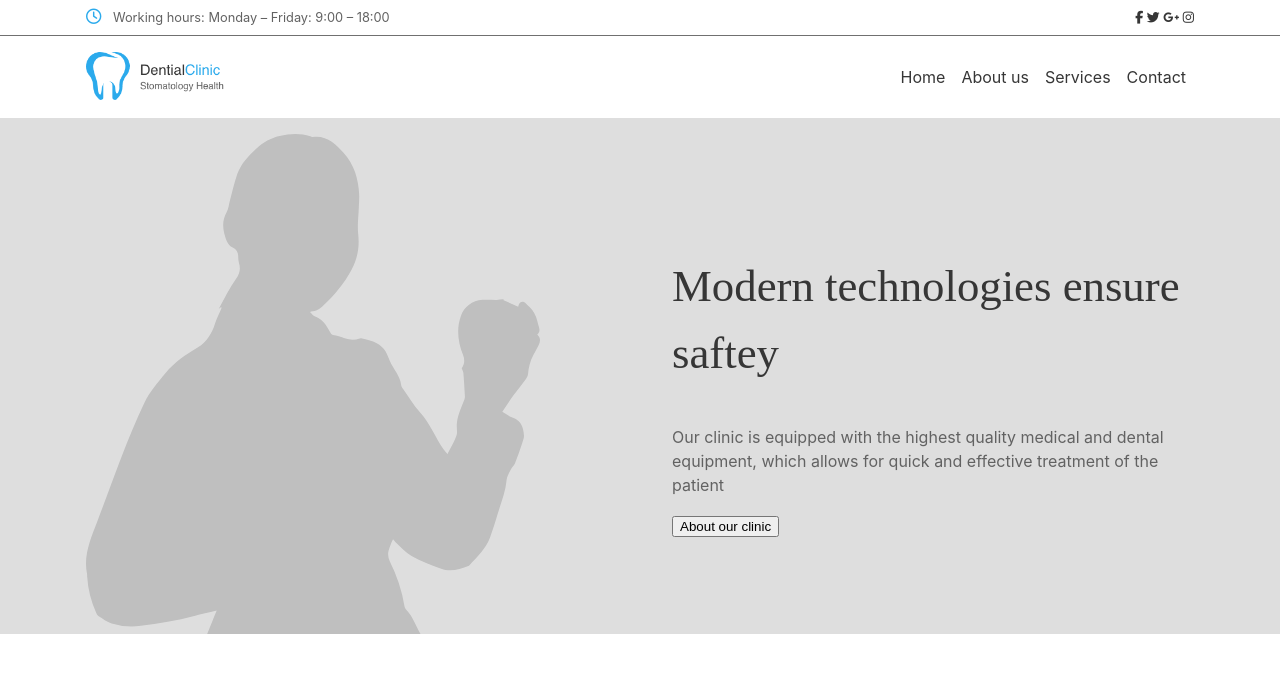
Repository: skepp4rn/uppgift1
Page: index.html
An editor plug-in stored every save of this project. The page is shown before and after the next save, followed by the edit.
The browser window is 1280 px wide. The pictures show the whole page.
Some web libraries are served in a nearby version.

Above is the page before, as saved 2020-11-18 20:53:02.

After the next save:
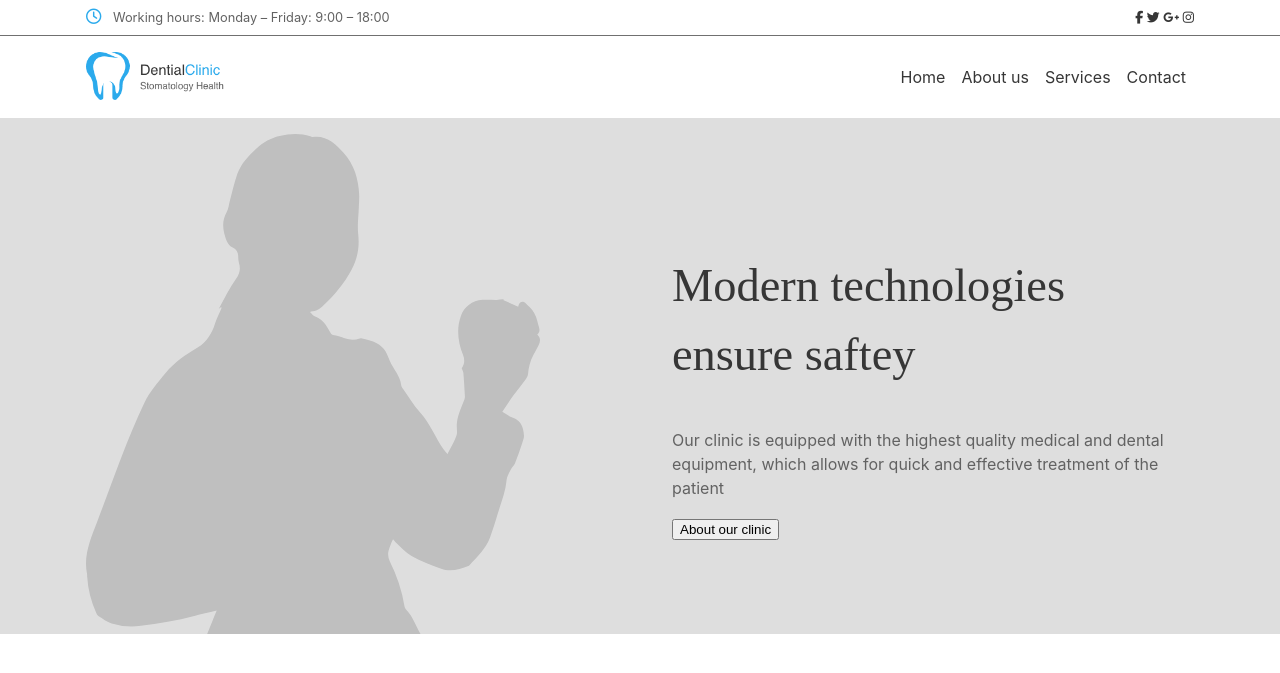
Saved 9 s later.
--- a/style.css
+++ b/style.css
@@ -139,7 +139,7 @@
 }
 
 .content-box .content h1 {
-    font-size: 2.8rem;
+    font-size: 2.9rem;
     color: #363636;
     font-family: 'Roboto Slab', serif;
     font-weight: 300;

After the save that followed:
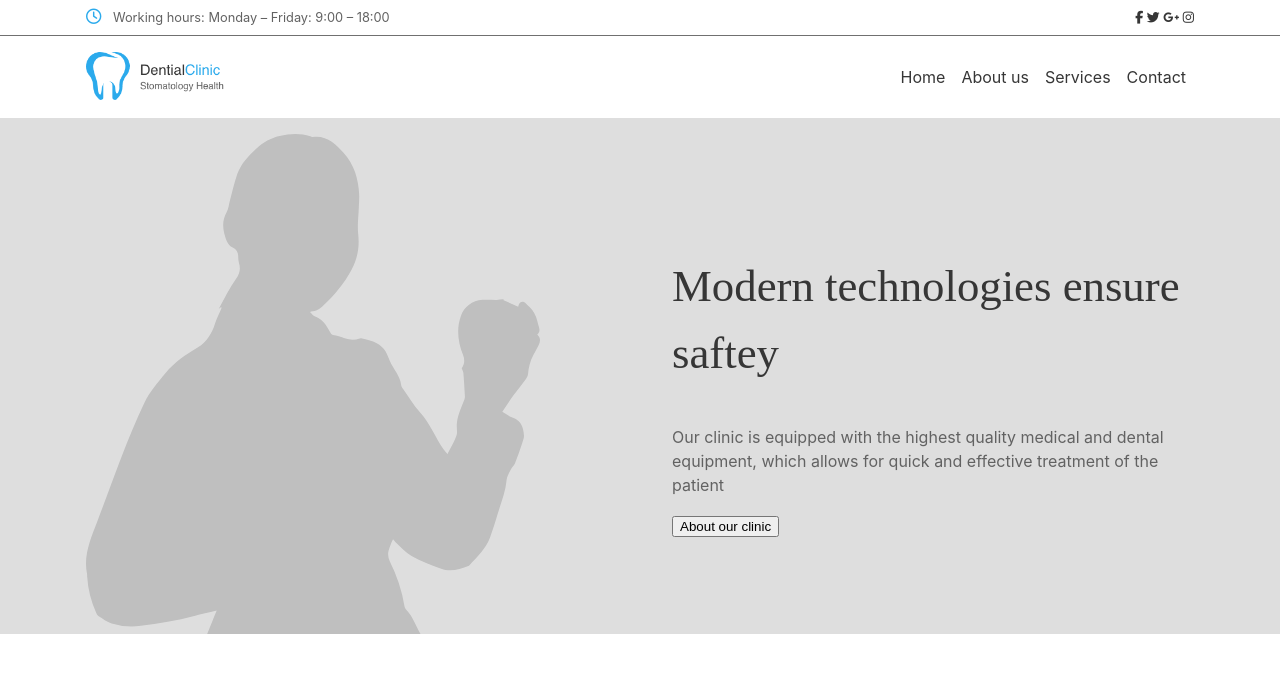
Saved 24 s later.
--- a/style.css
+++ b/style.css
@@ -139,7 +139,7 @@
 }
 
 .content-box .content h1 {
-    font-size: 2.9rem;
+    font-size: 2.8rem;
     color: #363636;
     font-family: 'Roboto Slab', serif;
     font-weight: 300;
